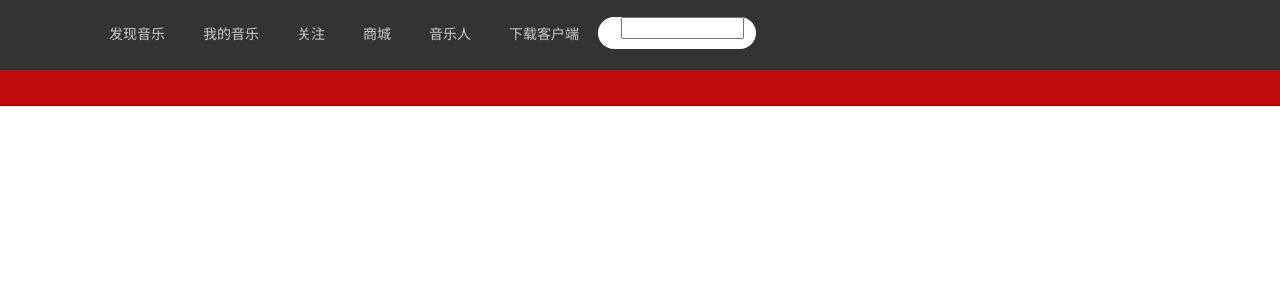
Repository: xtcgjk/-
Page: /
An editor plug-in stored every save of this project. The page is shown before and after the next save, followed by the edit.
The browser window is 1280 px wide. The pictures show the whole page.
The project was rebuilt for these pictures with package versions that can differ from the ones it lists, and the page was loaded fresh each time.

Above is the page before, as saved 2022-02-23 16:29:04.

### index.html
<!DOCTYPE html>
<html>
  <head>
    <meta charset="utf-8" />
    <meta name="viewport" content="width=device-width,initial-scale=1.0" />
    <title>vue-music</title>
  </head>
  <body>
    <div id="app"></div>
    <!-- built files will be auto injected -->
  </body>
</html>
<style>
  body {
    margin: 0;
    padding: 0;
  }
</style>

### src/main.js
// The Vue build version to load with the `import` command
// (runtime-only or standalone) has been set in webpack.base.conf with an alias.
import Vue from "vue";
import App from "./App";
import router from "./routers";
import http from "./axios/index";
import ElementUI from "element-ui";
import "element-ui/lib/theme-chalk/index.css";

Vue.use(ElementUI);
Vue.prototype.$http = http;

/* eslint-disable no-new */
new Vue({
  el: "#app",
  router,
  components: { App },
  template: "<App/>"
});

### src/App.vue
<template>
  <div id="app">
    <router-view></router-view>
  </div>
</template>

<script>
export default {
  name: "App",
  components: {},
};
</script>

<style>
/* #app {
  font-family: "Avenir", Helvetica, Arial, sans-serif;
  -webkit-font-smoothing: antialiased;
  -moz-osx-font-smoothing: grayscale;
  text-align: center;
  color: #2c3e50;
  margin-top: 60px;
} */
</style>

### src/routers/index.js
import Vue from "vue";
import VueRouter from "vue-router";
Vue.use(VueRouter);
const router = new VueRouter({
  mode: "history",
  routes: [
    {
      path: "/",
      redirect: "/music"
    },
    {
      path: "/music",
      component: () => import("@/views/music")
    }
  ]
});

export default router;

### src/axios/index.js
function http(userOptions) {
  console.log("成功了");
}

### src/views/music/index.vue
<template>
  <div id="container">
    <div></div>
    <Header />
    <Header2 />
  </div>
</template>

<script>
import Header from "../../components/header";
import Header2 from "../../components/header2";
export default {
  components: {
    Header,
    Header2,
  },
};
</script>
<style scoped>
</style>

### src/components/header/index.vue
<template>
  <div id="wrapper">
    <div id="header">
      <router-link to="">发现音乐</router-link>
      <router-link to="">我的音乐</router-link>
      <router-link to="">关注</router-link>
      <router-link to="">商城</router-link>
      <router-link to="">音乐人</router-link>
      <router-link to="">下载客户端</router-link>
      <div id="search">
        <input
          type="text"
          style="width: 115px; height: 16px; position: absolute; left: 23px"
        />
      </div>
    </div>
  </div>
</template>

<script>
export default {
  name: "Header",
  data() {
    return {};
  },
};
</script>
<style scoped>
#wrapper {
  background-color: #333;
}
#header {
  width: 1100px;
  height: 70px;
  background-color: #333;
  margin: auto;
}
a {
  text-decoration: none;
  color: #ccc;
  font-style: normal;
  font-size: 14px;
  height: 70px;
  line-height: 70px;
  display: inline-block;
  padding: 0 19px;
}
#search {
  width: 158px;
  height: 32px;
  background-color: #fff;
  border-radius: 32px;
  display: inline-block;
  position: relative;
  top: 10px;
}
</style>

### src/components/header2/index.vue
<template>
  <div id="header2"></div>
</template>
<script>
export default {
  name: "Header2",
  data() {
    return {};
  },
};
</script>
<style scoped>
#header2 {
  height: 35px;
  background-color: #c20c0c;
  border-bottom: 1px solid #a40011;
}
</style>

After the next save:
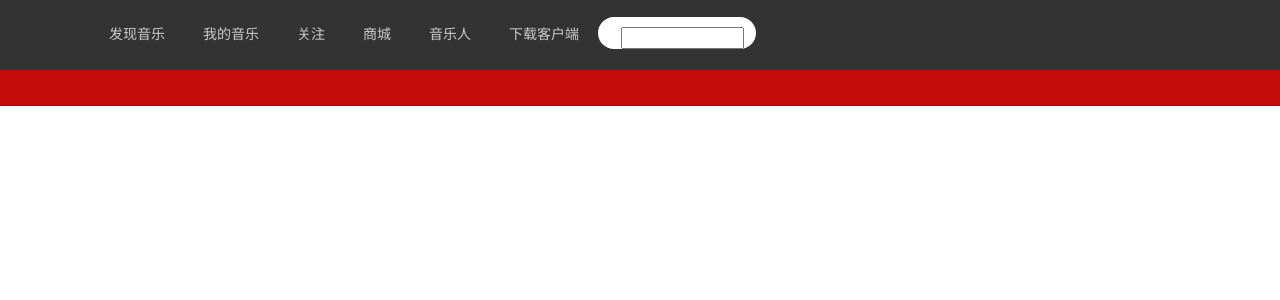
Saved 9 s later.
--- a/src/components/header/index.vue
+++ b/src/components/header/index.vue
@@ -10,7 +10,13 @@
       <div id="search">
         <input
           type="text"
-          style="width: 115px; height: 16px; position: absolute; left: 23px"
+          style="
+            width: 115px;
+            height: 16px;
+            position: absolute;
+            left: 23px;
+            top: 10px;
+          "
         />
       </div>
     </div>
